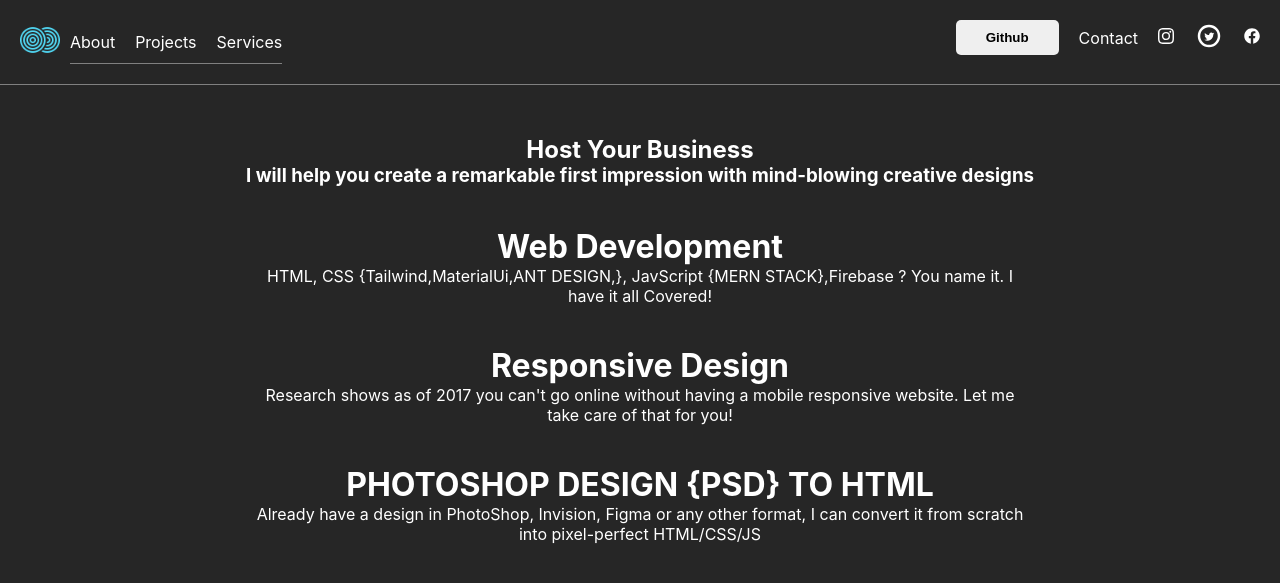
Repository: uh-sman/Portfolio
Page: /services
The author's editor kept a copy of each file at every save. The page is drawn from the files as they stood at one save, then again after the next save.
The browser window is 1280 px wide. The pictures show the whole page.
The pointer rests on the first visible `.nav-list`.
The project was rebuilt for these pictures with package versions that can differ from the ones it lists, and the page was loaded fresh each time. Also part of the build but not shown: src/components/about.css, src/components/repositories.css, src/components/repositories.js, src/components/RepositoriesCard.jsx, src/components/About.jsx, src/components/projects.css, src/components/Projects.jsx.

Above is the page before, as saved 2022-11-28 20:29:56.

### src/index.js
import React from "react";
import ReactDOM from "react-dom/client";
import { BrowserRouter } from "react-router-dom";
import "./index.css";
import App from "./App";

const root = ReactDOM.createRoot(document.getElementById("root"));
root.render(
  <BrowserRouter>
    <React.StrictMode>
      <App />
    </React.StrictMode>
  </BrowserRouter>
);

### src/App.js
import "./App.css";
import { Index } from "./components/index";
import { Route, Routes } from "react-router-dom";
import About from "./components/About";
import "animate.css";
import Projects from "./components/Projects";
import Services from "./components/Services";
// import Services from "./components/Services";
function App() {
  return (
    <div className="App">
      <Index />
      <Routes>
        <Route path="/" element={<About />} />
        <Route path="/projects" element={<Projects />} />
        <Route path="/services" element={<Services />} />
      </Routes>
    </div>
  );
}

export default App;

### src/App.css
* {
  margin: 0px;
  padding: 0px;
  box-sizing: border-box;
  text-decoration: none;
  list-style: none;
}
body {
  /* background: rgb(2, 0, 36);
  background: linear-gradient(
    90deg,
    rgba(2, 0, 36, 1) 0%,
    rgba(4, 14, 33, 1) 90%,
    rgba(5, 52, 61, 1) 100%
  ); */
  background: #262626;
}

### src/components/index.js
import React from "react";
import { Navbar } from "./Navbar";
import { Route, Routes } from "react-router-dom";
export const Index = () => {
  return (
    <div>
      <Navbar />
    </div>
  );
};

### src/components/Services.jsx
import React from "react";
import "./services.css";
const Services = () => {
  return (
    <div>
      <div className="containers">
        <section className="header">
          <h1>Host Your Business</h1>
          <h3>
            I will help you create a remarkable first impression with
            mind-blowing creative designs
          </h3>
        </section>
        <div className="sections">
          <div className="head">
            <h1></h1>
            <h1>Web Development</h1>
            <text>
              <p>
                HTML, CSS{" {Tailwind,MaterialUi,ANT DESIGN,}"}, JavScript
                {" {MERN STACK}"},Firebase ? You name it. I have it all Covered!
              </p>
            </text>
          </div>
          <div>
            <h1></h1>
            <h1>Responsive Design</h1>
            <text>
              <p>
                Research shows as of 2017 you can't go online without having a
                mobile responsive website. Let me take care of that for you!
              </p>
            </text>
          </div>
          <div>
            <h1></h1>
            <h1>PHOTOSHOP DESIGN {" {PSD}"} TO HTML</h1>
            <text>
              <p>
                Already have a design in PhotoShop, Invision, Figma or any other
                format, I can convert it from scratch into pixel-perfect
                HTML/CSS/JS
              </p>
            </text>
          </div>
        </div>
      </div>
    </div>
  );
};

export default Services;
// Looking for a reliable and efficient

### src/components/Navbar.jsx
import React, { useState } from "react";
import { Link } from "react-router-dom";
import logo from "../assets/ico.png";
import "./navbar.css";
import { Profile } from "./Profile";
export const Navbar = () => {
  const [active, isActive] = useState(false);
  const [activeLink, setActiveLink] = useState(true);
  // const clickedLink = ["teal"];
  // const clicked = document.getElementsByClassName("nav-list");
  // btn.addEventListener("click", () => {
  //   document.body.style.borderBottomColor = clickedLink;
  // });
  // Get the container element
  // const activeLink = document.querySelector("nav-list");
  // const style = {
  //   backgroundColor: "red",
  //   width: "100%",
  //   height: "100%",
  // };
  // Get all buttons with class="btn" inside the container
  // const btnActive = activeLink.getElementsByClassName("btn");
  // Loop through the buttons and add the active class to the current/clicked button
  // for (var i = 0; i < btnActive.length; i++) {
  //   btnActive[i].addEventListener("click", function () {
  //     var currentMode = document.getElementsByClassName("active");
  //     currentMode[0].className = currentMode[0].className.replace("active", "");
  //     this.className += "active";
  //   });
  // }
  // activeLink.addEventListener()
  return (
    <div>
      <nav className="navbar-container">
        <div className="navbar">
          <div className="navbar-nav">
            <div>
              <a>
                <img src={logo} className="logo" />
              </a>
            </div>
            <ul className="nav-list">
              <Link to="/">
                <a href="">About</a>
              </Link>

              <Link to="/projects">
                <a href="">Projects</a>
              </Link>
              <Link to="/services" className="btn">
                <a href="">Services</a>
              </Link>
            </ul>
          </div>
          <div>
            <Profile />
          </div>
        </div>
      </nav>
    </div>
  );
};

### src/components/services.css
.sections {
  display: flex;
  flex-direction: column;
  width: 60%;
  gap: 40px;
}
.header {
}
.containers {
  padding-top: 50px;
  color: white;
  text-align: center;
  gap: 40px;
  display: flex;
  flex-direction: column;
  justify-content: center;
  margin: auto;
  align-items: center;
}

### src/components/navbar.css
.nav-list {
  display: flex;
  align-items: center;
  gap: 20px;
}
.nav-list:hover {
  border-bottom: 1px solid gray;
}
.nav-list a {
  color: white;
}
.navbar {
  margin: 20px 20px;
  display: flex;
  justify-content: space-between;
}
.navbar-nav {
  display: flex;
  gap: 10px;
}
.logo {
  width: 40px;
  height: 40px;
  color: white;
}
.navbar-container {
  border-bottom: 0.5px solid gray;
}
/* .btn {
  border: transparent;
  outline: none;
  background: rgba(2, 0, 36, 1) 0%;
} */
/* .active, */
/* .btnSelect:hover {
  border: none;
  border-bottom: 1px solid lightblue;
  cursor: pointer;
} */

@media only screen and (min-width: 200px) and (max-width: 950px) {
  .nav-list {
    display: none;
  }
}

### src/components/Profile.js
import React, { useState } from "react";
import { SiFacebook } from "react-icons/si";
import { FaWhatsapp, FaFacebook, FaRegWindowClose } from "react-icons/fa";
import { TiSocialTwitterCircular } from "react-icons/ti";
import { Link } from "react-router-dom";
import { BsInstagram } from "react-icons/bs";
import burger from "../assets/burger-menu.png";
import close from "../assets/icons8.png";

import "animate.css";
import "./profile.css";
export const Profile = () => {
  const [isActive, setIsActive] = useState(false);
  const style = {
    position: "fixed",
    top: "0",
    bottom: "0",
    right: "0",
    background: "white",
    width: "300px",
    listStyle: " none",
    padding: "20px",
    display: "flex",
    flexDirection: "column",
    transform: `${(props) =>
      props.show ? "translateX(0)" : "translateX(100%)"}`,
    textAlign: "start",

    transition: "transform 0.3s ease-in",
  };

  return (
    <div>
      <div>
        <section className="profile-section ">
          <button className="button">
            <a>Github</a>
          </button>
          <a>Contact</a>
          <a>
            <BsInstagram />
          </a>
          <a>
            <TiSocialTwitterCircular className="twitter" />
          </a>
          <a>
            <FaFacebook />
          </a>
        </section>
        {isActive ? (
          <div className="sidebar-container">
            <div>
              <FaRegWindowClose
                className="close"
                onClick={() => setIsActive(!isActive)}
              />
              {/* <img src={close} /> */}
            </div>
            <section className="sidebar-section ">
              <ul className="links">
                <Link to="/">
                  <a href="">About</a>
                </Link>
                <Link to="/projects">
                  <a href="">Projects</a>
                </Link>
                <Link to="/services">
                  <a href="">Services</a>
                </Link>
                <button className="button">
                  <a className="link">Github</a>
                </button>
                <a>Contact</a>
              </ul>
              <ul className="link-icons">
                <a>
                  <BsInstagram className="instagram" />
                </a>
                <a>
                  <TiSocialTwitterCircular className="twitter" />
                </a>
                <a>
                  <FaFacebook className="facebook" />
                </a>
              </ul>
            </section>
          </div>
        ) : (
          <div>
            <img
              src={burger}
              className="burger-menu"
              onClick={() => setIsActive(!isActive)}
            />
          </div>
        )}
      </div>
    </div>
  );
};

### src/components/profile.css
.profile-section {
  display: flex;
  gap: 20px;
  align-items: center;
  color: white;
}
.links {
  display: flex;
  flex-direction: column;
  /* display: flex; */
  align-items: center;
  gap: 20px;
}
.links a {
  color: white;
}
.sidebar-container {
  /* display: inline-block; */
  /* margin: 0 0.5rem; */
  /* animation: slideInRight 2s; */
  /* animation-duration: 2s; */
  border-top-left-radius: 10px;
  border-bottom-left-radius: 10px;
  height: 100%;
  width: 40%;
  top: 0px;
  right: 0px;
  background-color: #222222;
  position: fixed;
}
.burger-menu {
  width: 30px;
  height: 30px;
}
.close {
  color: white;
  width: 30px;
  height: 30px;
  margin-left: 10px;
  margin-top: 4px;
}
.button {
  padding: 10px 30px;
  box-shadow: gray;
  border: none;
  font-weight: 700;
  border-radius: 5px;
}
.button a {
  color: black;
}
.link-icons {
  margin-top: 20px;
  display: flex;
  align-items: center;
  gap: 10px;
}
.instagram {
  font-size: 20px;
}
.facebook {
  font-size: 20px;
}
.twitter {
  font-size: 30px;
}

@media only screen and (min-width: 200px) and (max-width: 950px) {
  .profile-section {
    display: none;
  }
}
@media only screen and (min-width: 950px) {
  .burger-menu {
    display: none;
  }
}
.sidebar-section {
  margin-top: 40%;
  justify-content: center;
  display: flex;
  flex-direction: column;
  align-items: center;
  color: white;
}
/* animate__slideInRight */

Loaded but not shown: public/index.html (common file); src/index.css (common file); public/manifest.json (common file)

After the next save:
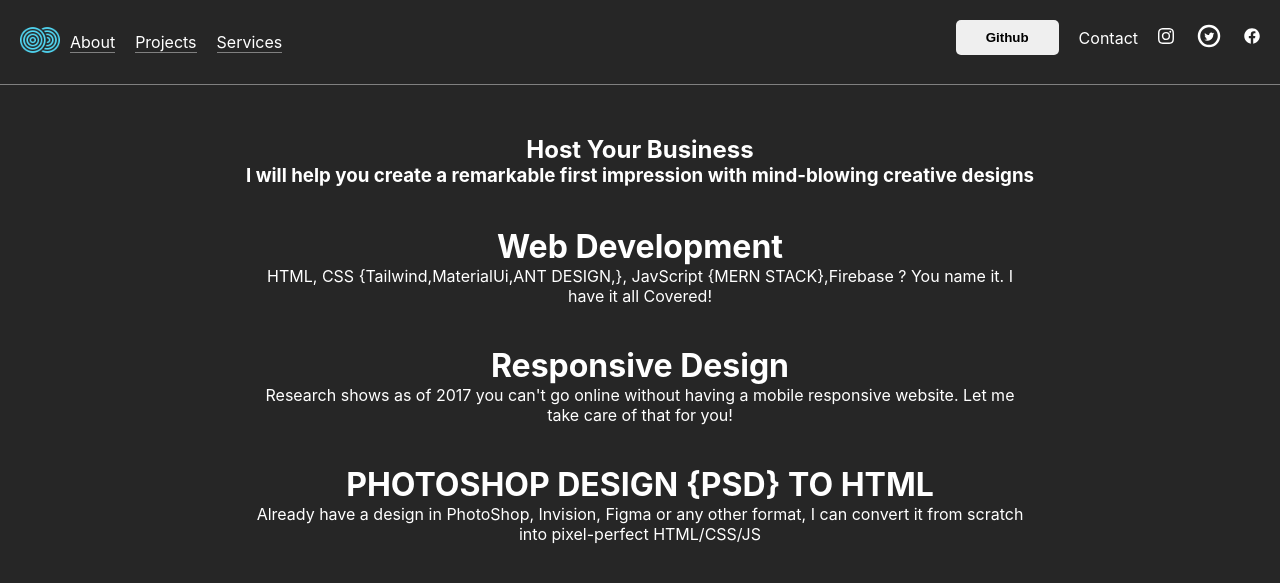
Saved 10 s later.
--- a/src/components/navbar.css
+++ b/src/components/navbar.css
@@ -3,7 +3,7 @@
   align-items: center;
   gap: 20px;
 }
-.nav-list:hover {
+.nav-list:hover a {
   border-bottom: 1px solid gray;
 }
 .nav-list a {
